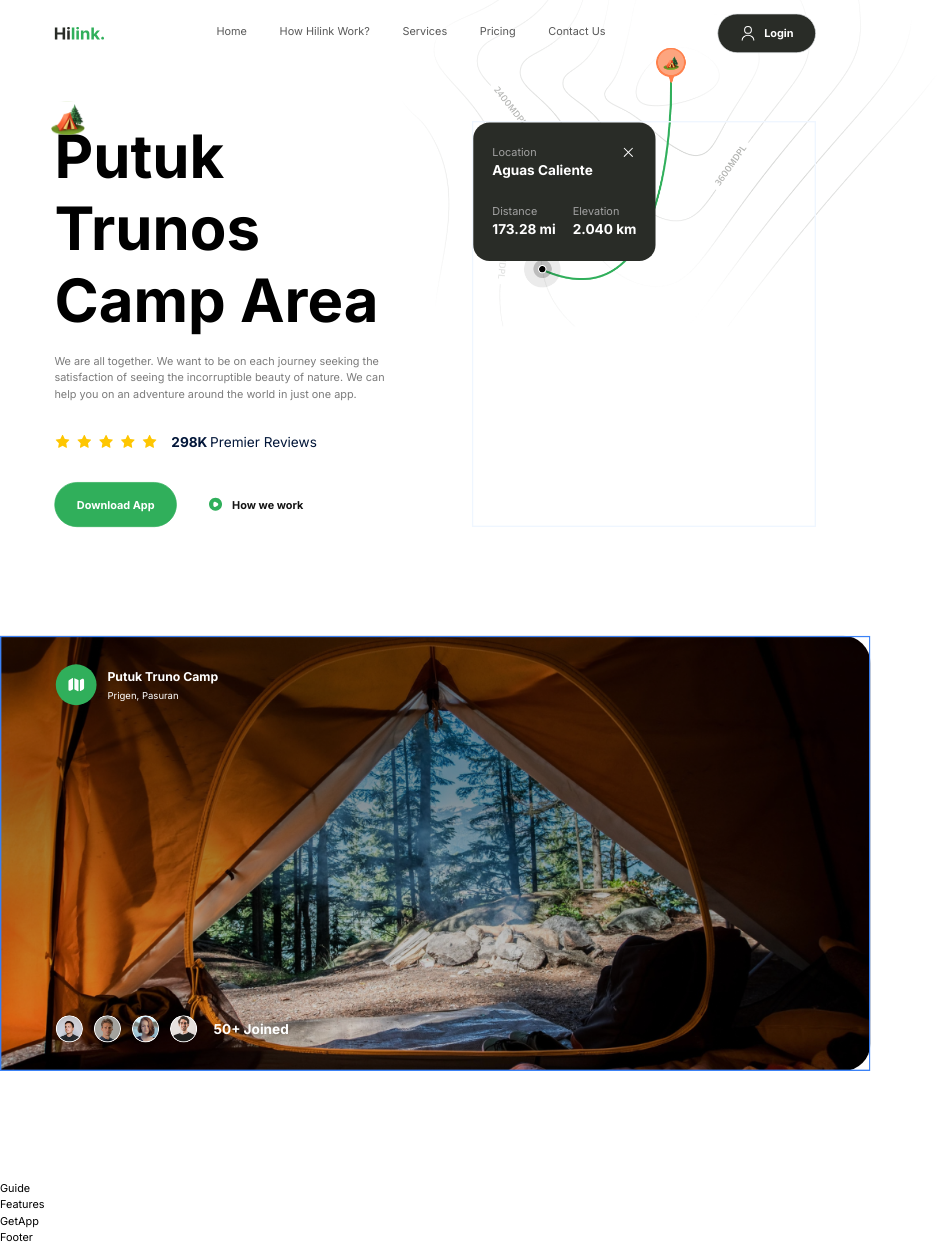
Repository: SouthpawC0der/Modern-reactsite
Page: /
An editor plug-in stored every save of this project. The page is shown before and after the next save, followed by the edit.
The browser window is 1280 px wide. The page is 1392 px wide, so the pictures cover 1392 px, including what lies to the right of the window. The pictures show the whole page, at 68% of full size.
The project was rebuilt for these pictures with package versions that can differ from the ones it lists, and the page was loaded fresh each time. The framework's server and built-in components were replaced by stand-ins that run in the browser. Also part of the build but not shown: next.config.ts.

Above is the page before, as saved 2025-02-06 12:49:34.

After the next save:
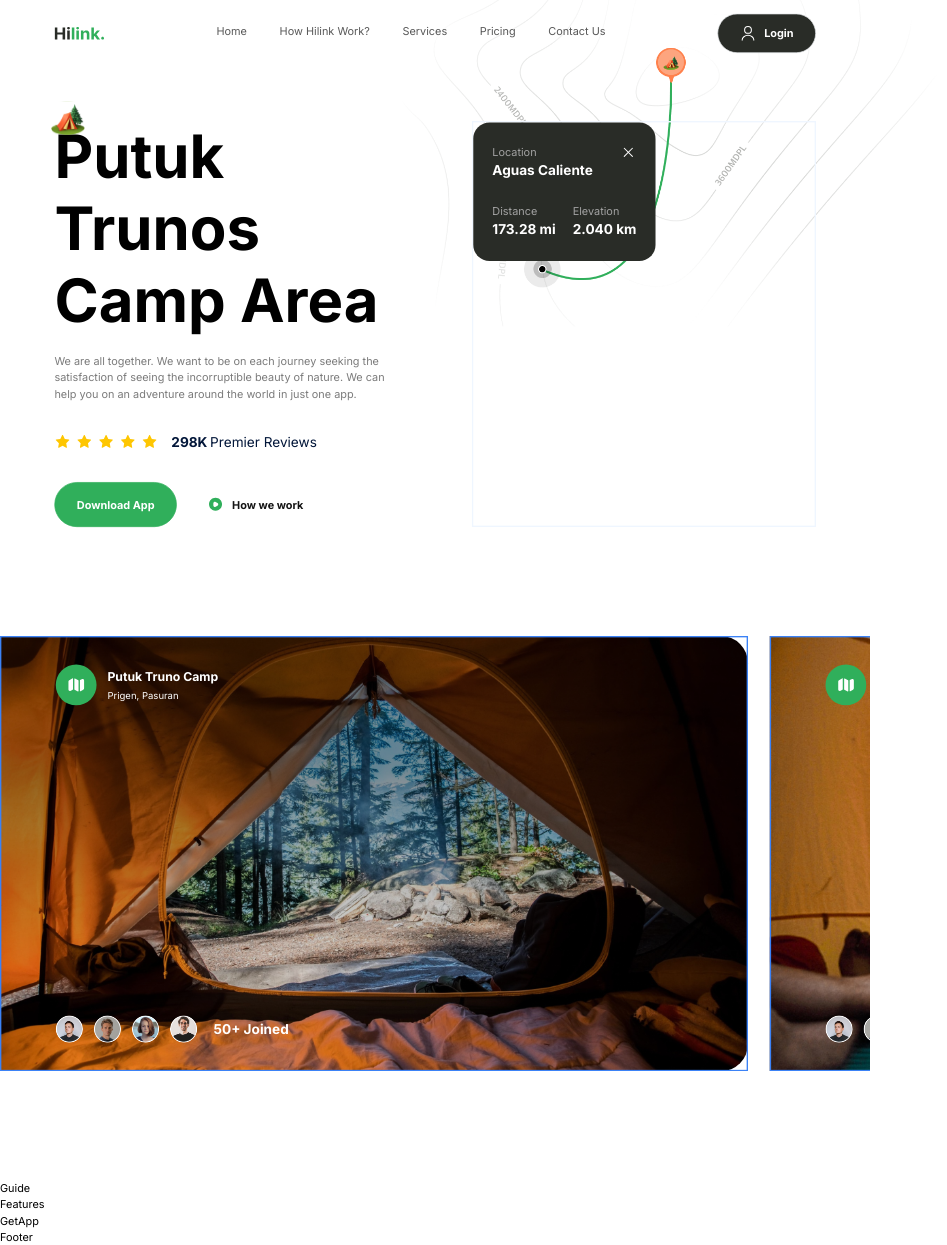
Saved 7 min 15 s later.
--- a/components/Camp.tsx
+++ b/components/Camp.tsx
@@ -62,6 +62,12 @@ const Camp = () => {
       subtitle='Prigen, Pasuran'
       peopleJoined='50+ Joined'
       />
+      <CampSite
+      backgroundImage='bg-bg-img-2'
+      title='Mountain View Camp'
+      subtitle='Outhere in the Wilderness'
+      peopleJoined='50+ Joined'
+      />
     </div>
   </section>
   )
